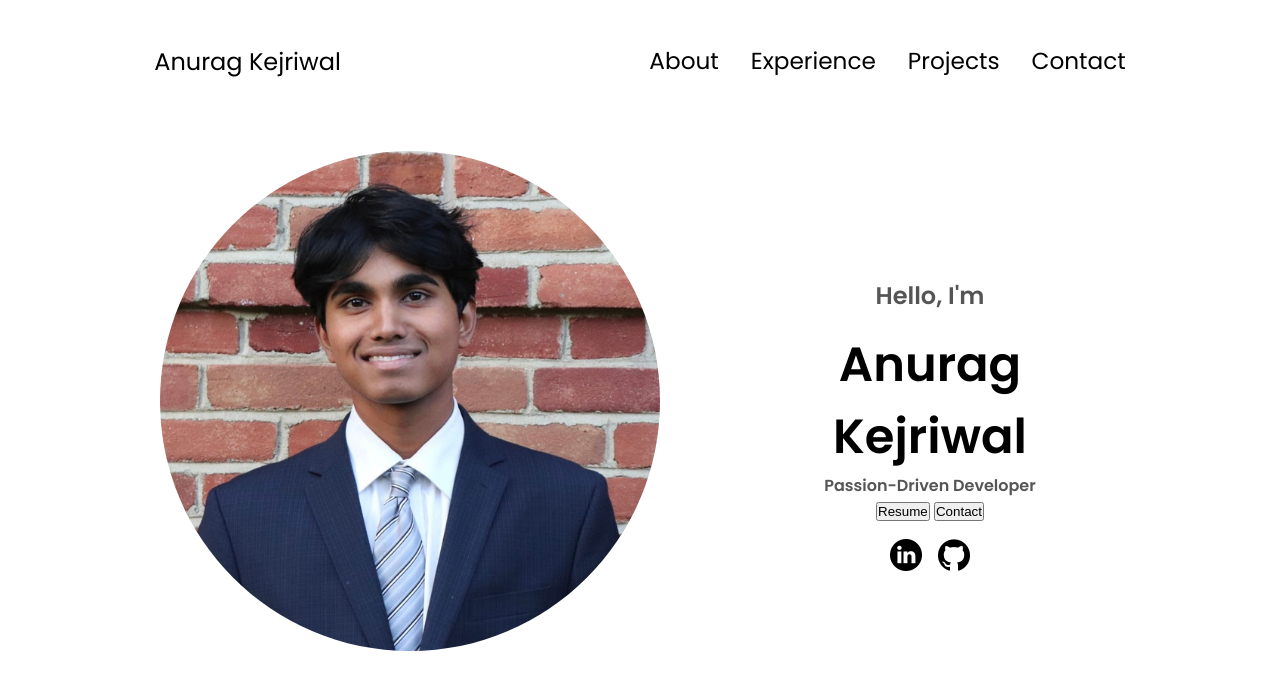
Repository: anuragkej/OldPortfolio
Page: index.html
An editor plug-in stored every save of this project. The page is shown before and after the next save, followed by the edit.
The browser window is 1280 px wide. The pictures show the whole page.

Above is the page before, as saved 2024-05-25 21:30:20.

After the next save:
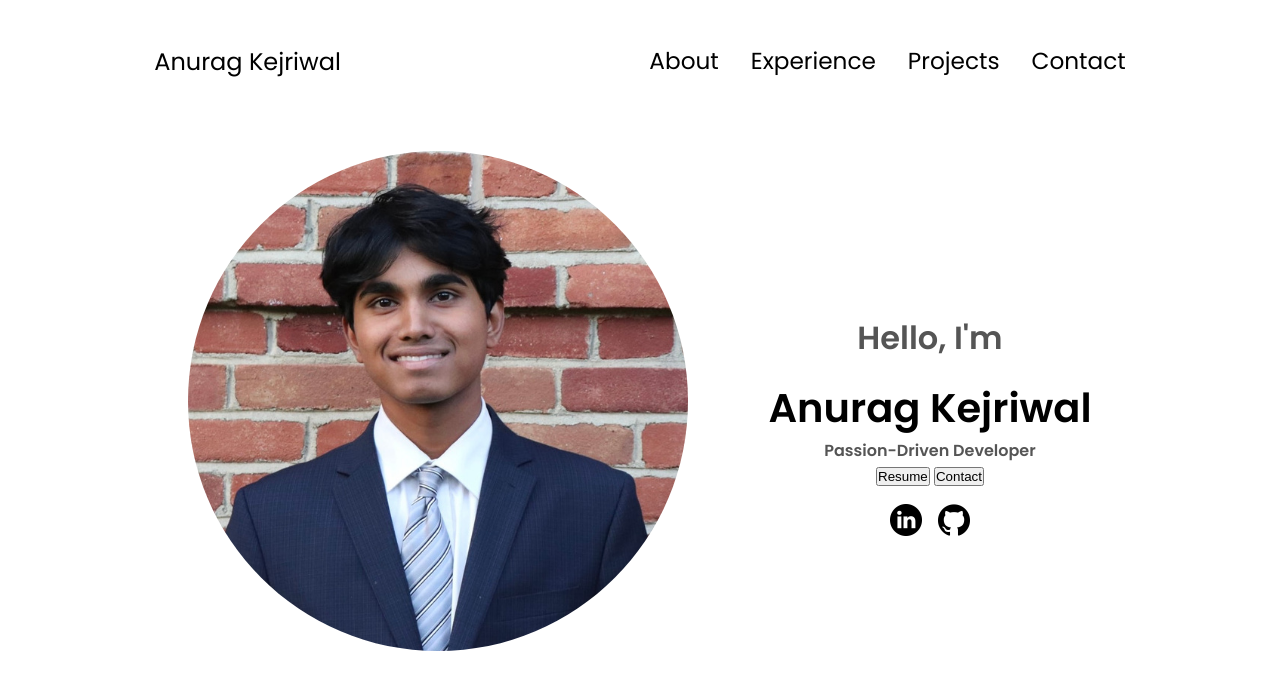
Saved 11 s later.
--- a/style.css
+++ b/style.css
@@ -187,12 +187,12 @@
     text-align: center;
 }
 .section__text__p1{
-    font-size: 1.5rem;
+    font-size: 2rem;
     margin-bottom: 1rem;
 }
 
 .title{
-    font-size: 3rem;
+    font-size: 2.5rem;
     text-align: center;
 }
 
